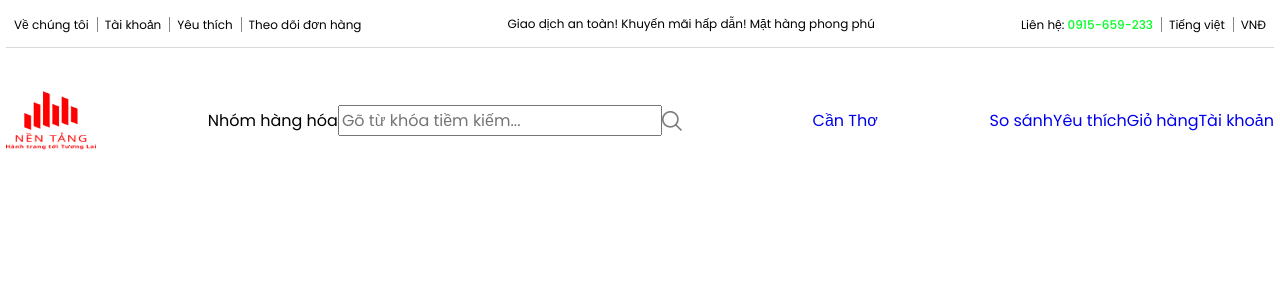
Repository: DucNghia2004/project_pro_01
Page: index.html
The author's editor kept a copy of each file at every save. The page is drawn from the files as they stood at one save, then again after a run of saves.
The browser window is 1280 px wide. The pictures show the whole page.

Above is the page before, as saved 2024-05-30 21:24:06.

### index.html
<!DOCTYPE html>
<html lang="en">
    <head>
        <meta charset="UTF-8" />
        <meta name="viewport" content="width=device-width, initial-scale=1.0" />
        <title>Document</title>
        <!-- Reset CSS -->
        <link rel="stylesheet" href="./assets/css/resets.css" />

        <!-- Embed font -->
        <link rel="preconnect" href="https://fonts.googleapis.com" />
        <link rel="preconnect" href="https://fonts.gstatic.com" crossorigin />
        <link
            href="https://fonts.googleapis.com/css2?family=Poppins:ital,wght@0,100;0,200;0,300;0,400;0,500;0,600;0,700;0,800;0,900;1,100;1,200;1,300;1,400;1,500;1,600;1,700;1,800;1,900&display=swap"
            rel="stylesheet"
        />

        <!-- Styles CSS -->
        <link rel="stylesheet" href="./assets/css/styles.css" />
    </head>
    <body>
        <!-- Info_header -->
        <div class="info">
            <div class="container">
                <div class="info-info">
                    <div class="info-header">
                        <ul class="info__list">
                            <li class="info__item">
                                <a href="#!" class="info__link">Về chúng tôi</a>
                            </li>
                            <li class="info__item">
                                <a href="#!" class="info__link">Tài khoản</a>
                            </li>
                            <li class="info__item">
                                <a href="#!" class="info__link">Yêu thích</a>
                            </li>
                            <li class="info__item">
                                <a href="#!" class="info__link"
                                    >Theo dõi đơn hàng</a
                                >
                            </li>
                        </ul>
                    </div>
                    <div class="info-product">
                        <p class="indo-product__desc">
                            Giao dịch an toàn! Khuyến mãi hấp dẫn! Mặt hàng
                            phong phú
                        </p>
                    </div>
                    <div class="info-contact">
                        <ul class="info-contact__list">
                            <li class="info-contact__item">
                                <a href="#!" class="info-contact__link">
                                    Liên hệ:
                                    <strong class="info__tell"
                                        >0915-659-233</strong
                                    >
                                </a>
                            </li>
                            <li class="info-contact__item">
                                <a href="#!" class="info-contact__link"
                                    >Tiếng việt</a
                                >
                            </li>
                            <li class="info-contact__item">
                                <a href="#!" class="info-contact__link">VNĐ</a>
                            </li>
                        </ul>
                    </div>
                </div>
            </div>
        </div>

        <!-- Info_middle -->
        <div class="info-middle">
            <div class="container">
                <div class="info__inner">
                    <img
                        src="./shop_organic/shop_organic/theme/logo.jpg"
                        alt=""
                        class="info__logo"
                    />
                    <form action="" class="search-form">
                        <p class="search-form__desc">Nhóm hàng hóa</p>
                        <input
                            type="search"
                            name=""
                            id=""
                            class="search-form__input"
                            placeholder="Gõ từ khóa tiềm kiếm..."
                        />

                        <img
                            src="./shop_organic/shop_organic/theme/icons/search.png"
                            alt=""
                            class="search-from__icon"
                        />
                    </form>
                    <div class="info-cta__wrap">
                        <a href="#!" class="info__btn">Cần Thơ</a>
                    </div>
                    <div class="info-consumers">
                        <ul class="info-consumer__list">
                            <li class="info-consumer__litem">
                                <a href="#!" class="info-consumer__link">
                                    So sánh
                                </a>
                            </li>
                            <li class="info-consumer__litem">
                                <a href="#!" class="info-consumer__link">
                                    Yêu thích
                                </a>
                            </li>
                            <li class="info-consumer__litem">
                                <a href="#!" class="info-consumer__link">
                                    Giỏ hàng
                                </a>
                            </li>
                            <li class="info-consumer__litem">
                                <a href="#!" class="info-consumer__link">
                                    Tài khoản
                                </a>
                            </li>
                        </ul>
                    </div>
                </div>
            </div>
        </div>
    </body>
</html>

### assets/css/styles.css
* {
    box-sizing: border-box;
}

html {
    font-size: 62.5%;
}

body {
    font-size: 1.6rem;
    font-family: "Poppins", sans-serif;
}

input,
textarea,
select,
button {
    font-size: inherit;
    font-family: inherit;
}

.container {
    width: 100%;
    max-width: calc(100% - 12px);
    margin: 0 auto;
}

/* Comon */
a {
    text-decoration: none;
}

/* Info-header */
.info-info {
    position: relative;
}

.info-info::after {
    content: "";
    position: absolute;
    display: inline-block;
    left: 0;
    bottom: 0;
    width: 100%;
    height: 1px;
    background-color: rgba(0, 0, 0, 0.144);
}

.info-info {
    display: flex;
    align-items: center;
    justify-content: space-between;
    padding: 16px 0;
}

.info__list {
    display: flex;
}

.info__link {
    position: relative;
    padding: 4px 8px;
    color: black;
    font-size: 1.2rem;
}

.info__link:hover {
    text-shadow: 1px 0 0 black;
    color: black;
}

.info__link::before {
    position: absolute;
    content: "";
    display: inline-block;
    height: 15px;
    width: 1px;
    top: 5px;
    left: 0;
    background-color: rgba(0, 0, 0, 0.467);
}

.indo-product__desc {
    font-size: 1.2rem;
    color: black;
}

.info-contact__list {
    display: flex;
}

.info-contact__link {
    position: relative;
    padding: 4px 8px;
    color: black;
    font-size: 1.2rem;
}

.info-contact__link::before {
    position: absolute;
    content: "";
    display: inline-block;
    height: 15px;
    width: 1px;
    top: 5px;
    left: 0;
    background-color: rgba(0, 0, 0, 0.467);
}

.info-contact__list
    .info-contact__item:first-child
    .info-contact__link::before {
    display: none;
}

.info__list .info__item:first-child .info__link::before {
    display: none;
}

.info__tell {
    color: rgb(0, 255, 34);
    font-weight: 500;
}

/* Info middle */
.info-middle {
    padding: 40px 0;
}

.info__inner {
    display: flex;
    align-items: center;
    justify-content: space-between;
}

.info__logo {
    width: 90px;
    height: 65px;
}

.search-form {
    display: flex;
    align-items: center;
}

.info-consumer__list {
    display: flex;
}

Loaded but not shown: assets/css/resets.css (common file)

After the next 2 saves:
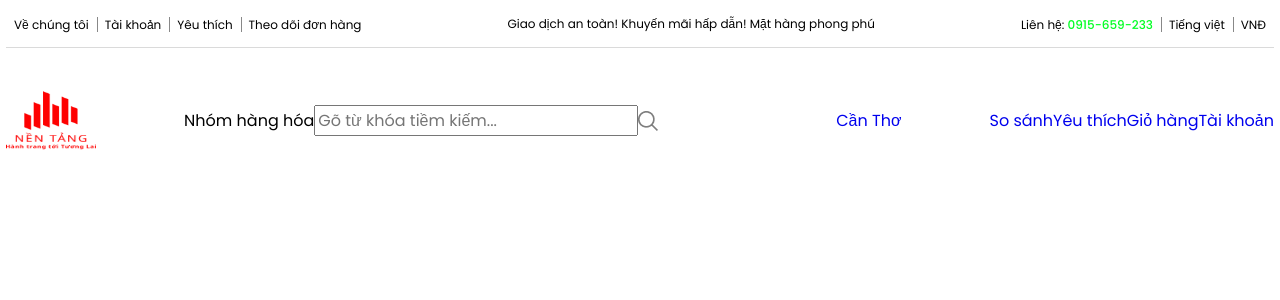
The 2 saves are shown as one change because they came seconds apart.
The last was saved 49 s later.
--- a/assets/css/styles.css
+++ b/assets/css/styles.css
@@ -141,6 +141,7 @@ a {
 .search-form {
     display: flex;
     align-items: center;
+    width: 564px;
 }
 
 .info-consumer__list {
